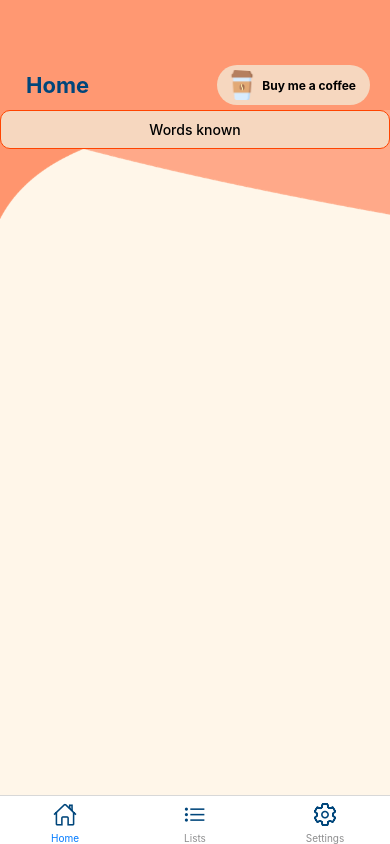
Repository: David-Waite/SpellingApp
Screen: /
An editor plug-in stored every save of this project. The screen is shown before and after the next save, followed by the edit.
The app was drawn by React Native's web renderer in a window 390 px wide. The project was rebuilt for these pictures with package versions that can differ from the ones it lists, and the page was loaded fresh each time. Also part of the build but not shown: screens/Settings.js, screens/SpellWord.js, screens/WordsLearnt.js, screens/WordListOverview.js, screens/WordLists.js, screens/Donate.js.

Above is the screen before, as saved 2023-06-22 22:15:31.

### App.js
import { NavigationContainer } from "@react-navigation/native";
import { StatusBar } from "expo-status-bar";
import { StyleSheet } from "react-native";
import { Ionicons } from "@expo/vector-icons";

import Home from "./screens/Home";
import Settings from "./screens/Settings";
import SpellWord from "./screens/SpellWord";
import WordsLearnt from "./screens/WordsLearnt";
import WordListOverview from "./screens/WordListOverview";
import WordLists from "./screens/WordLists";
import Donate from "./screens/Donate";

import { createStackNavigator } from "@react-navigation/stack";
import { createBottomTabNavigator } from "@react-navigation/bottom-tabs";
import { GlobalStyles } from "./constants/styles";

import CoffeeBtn from "./components/ui/CoffeeBtn";

const BottomTabs = createBottomTabNavigator();
const Stack = createStackNavigator();

function BottomTabsScreens() {
  return (
    <BottomTabs.Navigator>
      <BottomTabs.Screen
        name="Home"
        component={Home}
        headerShadowVisible={false}
        options={({ navigation }) => ({
          headerRight: () => (
            <CoffeeBtn
              onPress={() => {
                navigation.navigate("Donate");
              }}
            />
          ),
          title: "Home",
          tabBarLabel: "Home",
          headerTitleAlign: "left",
          headerShadowVisible: false,
          headerTitleStyle: {
            color: GlobalStyles.colors.accent500,
            fontSize: 22,
            marginLeft: 10,
            fontWeight: 700,
            marginBottom: -60,
          },
          headerStyle: {
            backgroundColor: GlobalStyles.colors.primary400,
            height: 110,
          },

          tabBarIcon: ({ color, size }) => (
            <Ionicons
              name="home-outline"
              size={size}
              color={GlobalStyles.colors.accent500}
            />
          ),
        })}
      />
      <BottomTabs.Screen
        name="WordLists"
        component={WordLists}
        options={{
          title: "Word Lists",
          tabBarLabel: "Lists",
          tabBarIcon: ({ color, size }) => (
            <Ionicons
              name="list-outline"
              size={size}
              color={GlobalStyles.colors.accent500}
            />
          ),
        }}
      />
      <BottomTabs.Screen
        name="Settings"
        component={Settings}
        options={{
          title: "Settings",
          tabBarLabel: "Settings",
          tabBarIcon: ({ color, size }) => (
            <Ionicons
              name="settings-outline"
              size={size}
              color={GlobalStyles.colors.accent500}
            />
          ),
        }}
      />
    </BottomTabs.Navigator>
  );
}
export default function App() {
  return (
    <>
      <StatusBar style="light" />
      <NavigationContainer>
        <Stack.Navigator>
          <Stack.Screen
            name="BottomTabsScreen"
            component={BottomTabsScreens}
            options={{ headerShown: false }}
          />
          <Stack.Screen
            name="WordsLearnt"
            component={WordsLearnt}
            options={{ presentation: "modal" }}
          />
          <Stack.Screen name="WordListOverview" component={WordListOverview} />
          <Stack.Screen
            name="SpellWord"
            component={SpellWord}
            options={{ presentation: "modal" }}
          />
          <Stack.Screen
            name="Donate"
            component={Donate}
            options={{ presentation: "modal" }}
          />
        </Stack.Navigator>
      </NavigationContainer>
    </>
  );
}

const styles = StyleSheet.create({
  container: {
    flex: 1,
    backgroundColor: "#fff",
    alignItems: "center",
    justifyContent: "center",
  },
});

### screens/Home.js
import { ImageBackground, Text, View } from "react-native";
import { Dimensions } from "react-native";

import { StyleSheet } from "react-native";
import { GlobalStyles } from "../constants/styles";

import WordsLearntCard from "../components/ui/WordsLearntCard";

const windowWidth = Dimensions.get("window").width;
const windowHeight = Dimensions.get("window").height;
const imageHeight = windowWidth / 3.5;

function Home({ navigation }) {
  return (
    <View style={styles.imageContainer}>
      <ImageBackground
        style={styles.ImageBackground}
        source={require("../images/SpellingAppHeaderBackground.png")}
      >
        <View style={styles.container}>
          <WordsLearntCard navigation={navigation} />
        </View>
      </ImageBackground>
    </View>
  );
}

export default Home;

const styles = StyleSheet.create({
  imageContainer: {
    flex: 1,
    backgroundColor: GlobalStyles.colors.background,
  },
  container: {},
  ImageBackground: {
    resizeMode: "contain",
    width: windowWidth,
    height: imageHeight,
  },
});

### constants/styles.js
export const GlobalStyles = {
  colors: {
    background: "#FFF6E9",
    primary50: "#FFF0E5",
    primary100: "#F6D7BF",
    primary100Dark: "#c7ad99",
    primary300: "#FFA989",
    primary400: "#FF9872",
    primary500: "#FF946E",
    primary800: "#FF4400",
    accent500: "#00467B",
    success500: "#0A8900",
    error500: "#FF0000",
  },
};

### components/ui/CoffeeBtn.js
import { Image } from "react-native";
import { StyleSheet } from "react-native";
import { Pressable } from "react-native";
import { View, Text } from "react-native";
import { GlobalStyles } from "../../constants/styles";

function CoffeeBtn({ onPress }) {
  return (
    <Pressable
      onPress={onPress}
      style={({ pressed }) => [styles.conatiner, pressed && styles.pressed]}
    >
      <View style={styles.layoutConatiner}>
        <Image
          style={styles.coffee}
          source={require("../../images/coffee-cup.png")}
        />
        <Text style={styles.text}>Buy me a coffee</Text>
      </View>
    </Pressable>
  );
}

export default CoffeeBtn;

const styles = StyleSheet.create({
  conatiner: {
    backgroundColor: GlobalStyles.colors.primary100,
    borderRadius: 20,
    paddingLeft: 10,
    paddingRight: 14,
    paddingVertical: 5,
    marginRight: 20,
    marginBottom: -60,
  },
  layoutConatiner: {
    flexDirection: "row",
    alignItems: "center",
    gap: 5,
  },
  text: {
    fontSize: 12,
    fontWeight: 700,
  },
  coffee: {
    width: 30,
    height: 30,
  },
  pressed: {
    backgroundColor: GlobalStyles.colors.primary100Dark,
    borderRadius: 20,
  },
});

### components/ui/WordsLearntCard.js
import { Text, StyleSheet } from "react-native";

import { GlobalStyles } from "../../constants/styles";
import { Pressable } from "react-native";
import { View } from "react-native";

function WordsLearntCard({ navigation }) {
  return (
    <Pressable onPress={() => navigation.navigate("WordsLearnt")}>
      <View style={styles.container}>
        <Text style={styles.WordsKnownText}>Words known</Text>
      </View>
    </Pressable>
  );
}

export default WordsLearntCard;

const styles = StyleSheet.create({
  container: {
    backgroundColor: GlobalStyles.colors.primary100,
    paddingHorizontal: 10,
    paddingVertical: 10,
    borderRadius: 10,
    borderColor: GlobalStyles.colors.primary800,
    borderWidth: 1,
  },
  WordsKnownText: {
    textAlign: "center",
    fontWeight: "500",
  },
  pressed: {
    opacity: 0.75,
  },
});

After the next save:
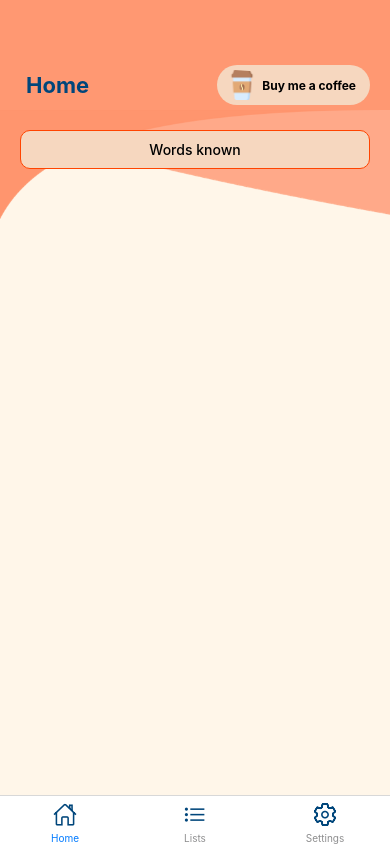
Saved 7 s later.
--- a/screens/Home.js
+++ b/screens/Home.js
@@ -32,7 +32,9 @@ const styles = StyleSheet.create({
     flex: 1,
     backgroundColor: GlobalStyles.colors.background,
   },
-  container: {},
+  container: {
+    padding: 20,
+  },
   ImageBackground: {
     resizeMode: "contain",
     width: windowWidth,
